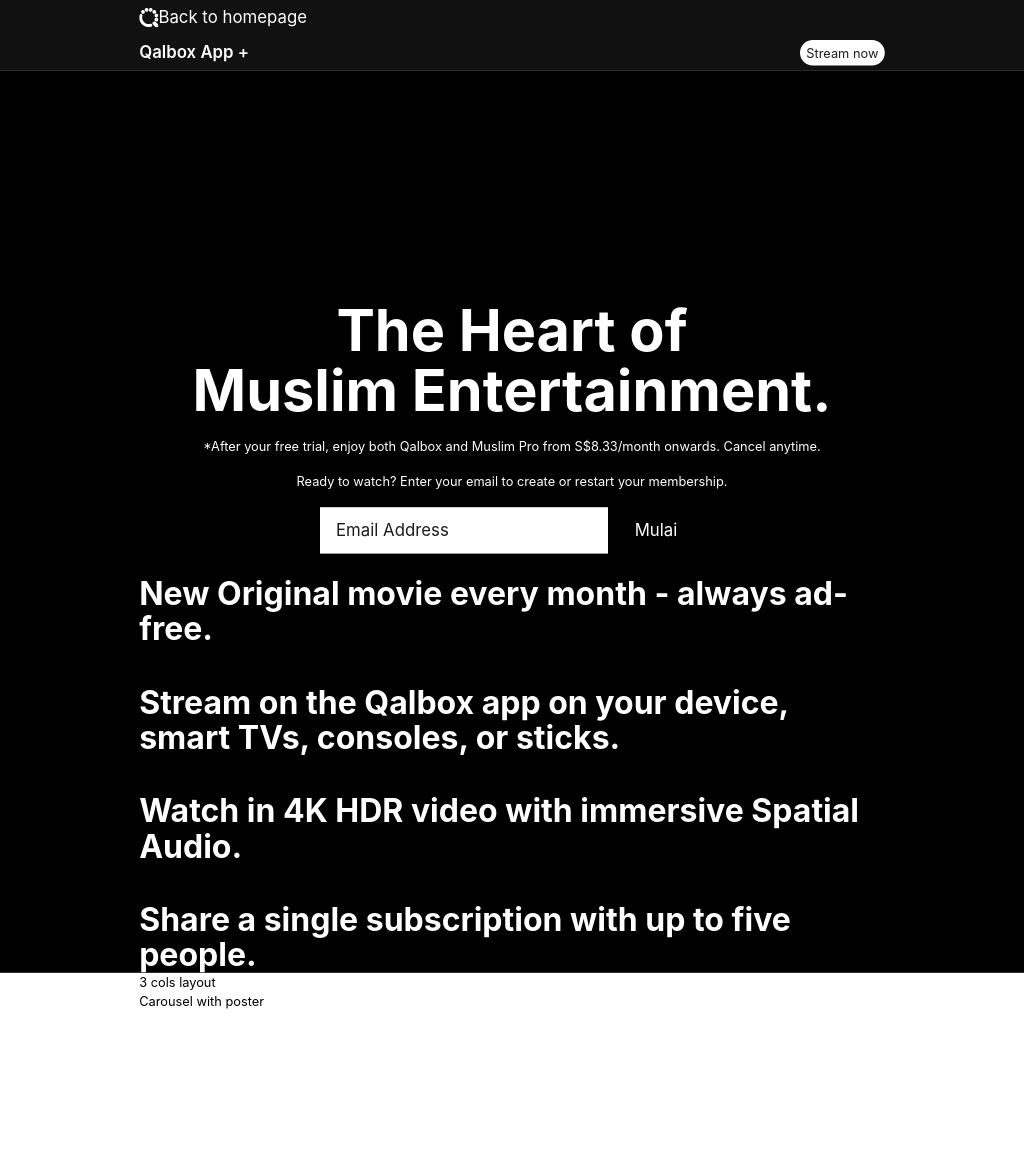
Repository: iqmalr/qalbox-rebuild
Page: /
The author's editor kept a copy of each file at every save. The page is drawn from the files as they stood at one save, then again after the next save.
The browser window is 1280 px wide. The pictures show the whole page, at 80% of full size.
Some web fonts or font styles are not loaded; a fallback is used. The project was rebuilt for these pictures with package versions that can differ from the ones it lists, and the page was loaded fresh each time. Also part of the build but not shown: vite.config.ts. Imported but missing from the stored project, and not drawn on this page: src/assets/Hero.mp4.

Above is the page before, as saved 2024-09-16 13:54:17.

### src/App.tsx
import { CustomContainer } from "./components/CustomContainer";
import { Headers } from "./components/Headers";
import { Hero } from "./components/sections/Hero";
import { USPS } from "./components/sections/USPS";

function App() {
  return (
    <>
      <Headers />
      <main>
        <div className="bg-background">
          <Hero />
          <USPS />
        </div>
        <div>
          <CustomContainer>3 cols layout</CustomContainer>
        </div>
        <div>
          <CustomContainer>Carousel with poster</CustomContainer>
        </div>
      </main>
    </>
  );
}

export default App;

### src/index.css
@tailwind base;
@tailwind components;
@tailwind utilities;
@font-face {
  font-family: "SF Pro Display";
  src: url("/assets/font/SFProDisplay-Regular.ttf") format("truetype");
  font-weight: 400;
  font-style: normal;
}

@font-face {
  font-family: "SF Pro Display";
  src: url("/assets/fonts/SFProDisplay-Bold.ttf") format("truetype");
  font-weight: 700;
  font-style: normal;
}

body {
  font-family: "SF Pro Display", sans-serif;
}
@layer {
  :root {
    --header-row-height: 44px;
    --header-height: calc(var(--header-row-height) * 2);
    --hero-height: calc(100svh - var(--header-height));
  }
}

### src/components/CustomContainer.tsx
import React from "react";
import { twMerge } from "tailwind-merge";
type Props = {
  children: React.ReactNode;
  className?: string;
};

export const CustomContainer = ({ children, className }: Props) => {
  return (
    <div className={twMerge("mx-auto max-w-[980px] px-6", className)}>
      {children}
    </div>
  );
};

### src/components/Headers.tsx
import QalboxSVGIcon from "../assets/QalboxSVG";
import { Button } from "./Button";
import { CustomContainer } from "./CustomContainer";

export const Headers = () => {
  return (
    <>
      <header className="top-0 z-20 bg-backgroundContrast text-white">
        <CustomContainer className="flex h-[--header-row-height] items-center">
          <a
            href="/"
            className="-ml-6 flex h-[--header-row-height] items-center px-6 text-21"
          >
            <QalboxSVGIcon />
            <span>Back to homepage</span>
          </a>
        </CustomContainer>
      </header>
      <div className="sticky top-0 z-20 bg-backgroundContrast text-white">
        <CustomContainer className="flex h-[--header-row-height] items-center justify-between">
          <p className="text-21 font-semibold">Qalbox App +</p>
          <Button size="small">Stream now</Button>
        </CustomContainer>
      </div>
    </>
  );
};

### src/components/sections/Hero.tsx
import { motion, useScroll, useTransform } from "framer-motion";
import { lazy, useEffect, useRef } from "react";
import videoSrc from "../../assets/Hero.mp4";
const CustomContainer = lazy(() =>
  import("../CustomContainer").then((module) => ({
    default: module.CustomContainer,
  })),
);
export const Hero = () => {
  const videoContainerRef = useRef<HTMLDivElement>(null);
  const videoRef = useRef<HTMLVideoElement>(null);

  const { scrollYProgress } = useScroll({
    target: videoContainerRef,
    offset: ["start start", "end end"],
  });
  const opacity = useTransform(scrollYProgress, [0, 0.7, 1], [1, 1, 0]);

  useEffect(() => {
    const videoContainer = videoContainerRef.current;
    const video = videoRef.current;
    if (!videoContainer || !video) return;

    const observer = new IntersectionObserver(
      (entries) => {
        entries.forEach((entry) => {
          if (entry.isIntersecting) {
            video.play().catch(() => {
              console.error("Autoplay was prevented");
            });
          } else {
            video.pause();
          }
        });
      },
      { threshold: 0.5 },
    );

    observer.observe(videoContainer);

    return () => {
      observer.unobserve(videoContainer);
    };
  }, []);
  return (
    <div className="relative bg-background text-white">
      <motion.div
        style={{ opacity }}
        ref={videoContainerRef}
        className="absolute -top-[--header-height] left-0 h-[200vh] w-full"
      >
        <video
          ref={videoRef}
          className="sticky top-0 h-screen w-full object-cover"
          src={videoSrc}
          muted
          playsInline
          loop
        />
      </motion.div>
      <CustomContainer className="relative z-10 h-[--hero-height] pb-7">
        <motion.div
          className="flex h-full flex-col items-center justify-end text-center"
          variants={{
            hidden: { opacity: 0 },
            visible: { opacity: 1 },
          }}
          whileInView="visible"
          exit="hidden"
          animate="hidden"
          viewport={{ amount: 0.98 }}
        >
          <h1 className="mb-5 text-40 font-bold md:text-72">
            The Heart of <br />
            Muslim Entertainment.
          </h1>
          <h1 className="mb-5">
            *After your free trial, enjoy both Qalbox and Muslim Pro from
            S$8.33/month onwards. Cancel anytime.
          </h1>
          <h1 className="mb-5">
            Ready to watch? Enter your email to create or restart your
            membership.
          </h1>
          <div className="flex h-[58px] w-[480px] flex-row text-21">
            <div className="flex basis-3/4 items-center bg-white text-textBlack">
              <p className="p-5">Email Address</p>
              <p></p>
            </div>
            <button className="basis-1/4 bg-primary">Mulai</button>
          </div>
        </motion.div>
      </CustomContainer>
    </div>
  );
};

### src/components/sections/USPS.tsx
import { CustomContainer } from "../CustomContainer";

export const USPS = () => {
  return (
    <CustomContainer className="space-y-12 font-bold text-white">
      <p className="text-40">
        New Original movie every month - always ad-free.
      </p>
      <p className="text-40">
        Stream on the Qalbox app on your device, smart TVs, consoles, or sticks.
      </p>
      <p className="text-40">
        Watch in 4K HDR video with immersive Spatial Audio.
      </p>
      <p className="text-40">
        Share a single subscription with up to five people.
      </p>
    </CustomContainer>
  );
};

### src/assets/icons/QalboxSVG.tsx
const QalboxSVGIcon = () => {
  return (
    <svg
      width="24"
      height="24"
      viewBox="0 0 24 24"
      fill="none"
      xmlns="http://www.w3.org/2000/svg"
    >
      <path
        id="Vector_2"
        d="M6.37981 3.25561C7.28357 4.15908 7.28357 5.61977 6.37981 6.52325C5.47606 7.42673 4.01493 7.42673 3.11117 6.52325C2.20742 5.61977 2.20742 4.15908 3.11117 3.25561C4.01493 2.35213 5.47606 2.35611 6.37981 3.25561ZM19.2673 13.962C18.9368 15.1958 19.6694 16.4615 20.8996 16.7918C22.1338 17.1222 23.3998 16.3899 23.7303 15.16C24.0607 13.9262 23.3282 12.6605 22.098 12.3302C20.8638 11.9998 19.5977 12.7322 19.2673 13.962ZM19.2673 9.97796C19.5977 11.2118 20.8638 11.9401 22.098 11.6098C23.3322 11.2794 24.0607 10.0138 23.7303 8.77995C23.3998 7.54613 22.1338 6.81778 20.8996 7.14812C19.6654 7.47847 18.9368 8.74413 19.2673 9.97796ZM17.2726 6.52325C18.1764 7.42673 19.6375 7.42673 20.5413 6.52325C21.445 5.61977 21.445 4.15908 20.5413 3.25561C19.6375 2.35213 18.1764 2.35213 17.2726 3.25561C16.3689 4.15908 16.3689 5.62375 17.2726 6.52325ZM8.63322 0.067566C7.39902 0.397912 6.67045 1.66358 7.00089 2.8974C7.33134 4.13122 8.59739 4.85958 9.83159 4.52923C11.0658 4.19888 11.7944 2.93322 11.4639 1.6994C11.1335 0.469554 9.86742 -0.26278 8.63322 0.067566ZM13.8208 4.52923C15.055 4.85958 16.3211 4.12724 16.6515 2.8974C16.982 1.66358 16.2494 0.397912 15.0192 0.067566C13.789 -0.26278 12.519 0.469554 12.1885 1.6994C11.8541 2.93322 12.5866 4.19888 13.8208 4.52923ZM23.8099 21.3331C23.8099 20.6844 23.5949 20.4694 22.934 19.8087L20.5413 17.4167C19.6375 16.5132 18.1764 16.5132 17.2726 17.4167C16.3689 18.3202 16.3689 19.7809 17.2726 20.6844L19.6654 23.0764C20.3263 23.7371 20.5453 23.952 21.1902 23.952H23.0375C23.4635 23.952 23.8059 23.6057 23.8059 23.1838L23.8099 21.3331ZM6.41166 3.29939C7.31144 4.19888 7.31144 5.65559 6.41166 6.55509C5.51189 7.45459 4.05474 7.45459 3.15497 6.55509C2.25519 5.65559 2.25519 4.19888 3.15497 3.29939C4.05076 2.39989 5.51189 2.39989 6.41166 3.29939ZM19.2513 13.97C18.9209 15.1998 19.6495 16.4615 20.8797 16.7879C22.1099 17.1182 23.372 16.3899 23.6984 15.16C24.0289 13.9302 23.3003 12.6685 22.0701 12.3421C20.8438 12.0118 19.5818 12.7401 19.2513 13.97ZM19.2513 9.99786C19.5818 11.2277 20.8438 11.9561 22.0701 11.6257C23.3003 11.2954 24.0289 10.0337 23.6984 8.80781C23.368 7.58195 22.1059 6.84962 20.8797 7.17996C19.6534 7.50633 18.9249 8.76801 19.2513 9.99786ZM17.2647 6.55509C18.1644 7.45459 19.6216 7.45459 20.5214 6.55509C21.4211 5.65559 21.4211 4.19888 20.5214 3.29939C19.6216 2.39989 18.1644 2.39989 17.2647 3.29939C16.3649 4.19888 16.3649 5.65559 17.2647 6.55509ZM8.65711 0.123287C7.42689 0.453634 6.69832 1.71532 7.02876 2.94118C7.35921 4.16704 8.62128 4.89938 9.84752 4.56903C11.0777 4.23869 11.8063 2.977 11.4759 1.75114C11.1494 0.521295 9.88733 -0.207059 8.65711 0.123287ZM13.8248 4.56903C15.055 4.89938 16.3171 4.17102 16.6436 2.94118C16.9701 1.71134 16.2455 0.449654 15.0152 0.123287C13.785 -0.207059 12.5229 0.521295 12.1965 1.75114C11.87 2.98098 12.5946 4.24267 13.8248 4.56903ZM23.782 21.3132C23.782 20.6684 23.5671 20.4535 22.9062 19.7928L20.5214 17.4088C19.6216 16.5093 18.1644 16.5093 17.2647 17.4088C16.3649 18.3083 16.3649 19.765 17.2647 20.6645L19.6495 23.0485C20.3104 23.7092 20.5253 23.9241 21.1703 23.9241H23.0137C23.4357 23.9241 23.782 23.5819 23.782 23.156V21.3132ZM14.9038 23.3988C15.8871 23.1361 16.4684 22.1252 16.2056 21.1421C15.9429 20.159 14.9316 19.5779 13.9482 19.8406C12.5906 20.2028 11.1534 20.2107 9.79178 19.8605C8.39435 19.4983 7.10839 18.766 6.08122 17.7351C5.05404 16.7083 4.3175 15.4267 3.95919 14.0257C3.60883 12.6645 3.61281 11.2317 3.97511 9.87447C4.23788 8.8914 3.65263 7.88046 2.66925 7.62175C1.68587 7.35907 0.674621 7.94414 0.415837 8.92722C-0.109694 10.8934 -0.117657 12.9789 0.391949 14.9491C0.917479 16.9829 1.98447 18.8456 3.47745 20.3381C4.97043 21.8306 6.83766 22.8973 8.8721 23.4227C9.84354 23.6734 10.8389 23.7968 11.8342 23.7968C12.8693 23.8008 13.9005 23.6654 14.9038 23.3988Z"
        fill="currentColor"
      />
    </svg>
  );
};

export default QalboxSVGIcon;

### src/components/Button.tsx
import { twMerge } from "tailwind-merge";

type Props = {
  children: React.ReactNode;
  size?: "small" | "medium" | "large";
  className?: string;
};
export const Button = ({ children, size = "medium", className }: Props) => {
  const sizeClassNames: Record<"small" | "medium" | "large", string> = {
    // 12px
    small: "text-xs px-2 py-1",
    // 14px
    medium: "text-sm px-5 py-3",
    // 17px
    large: "text-lg px-8 py-5",
  };
  return (
    <button
      className={twMerge(
        "rounded-full bg-white text-textBlack",
        sizeClassNames[size],
        className,
      )}
    >
      {children}
    </button>
  );
};

### tailwind.config.ts
/** @type {import('tailwindcss').Config} */
export default {
  content: ["./index.html", "./src/**/*.{js,ts,jsx,tsx}"],
  theme: {
    colors: {
      background: "#000",
      backgroundContrast: "#111",
      textBlack: "#1d1d1f",
      white: "#fff",
    },
    fontFamily: {
      sans: ["SF Pro Display"],
    },
    fontSize: {
      "12": "0.75rem",
      "14": "0.875rem",
      "17": "1.0625rem",
      "19": ["1.1875rem", "1.21"],
      "21": "1.3125rem",
      "24": "1.5rem",
      "28": "1.75rem",
      "40": ["2.5rem", "1.1"],
      "72": ["4.5rem", "1.05"],
    },
    extend: {},
  },
  plugins: [],
};

Loaded but not shown: index.html (common file); src/main.tsx (common file)

After the next save:
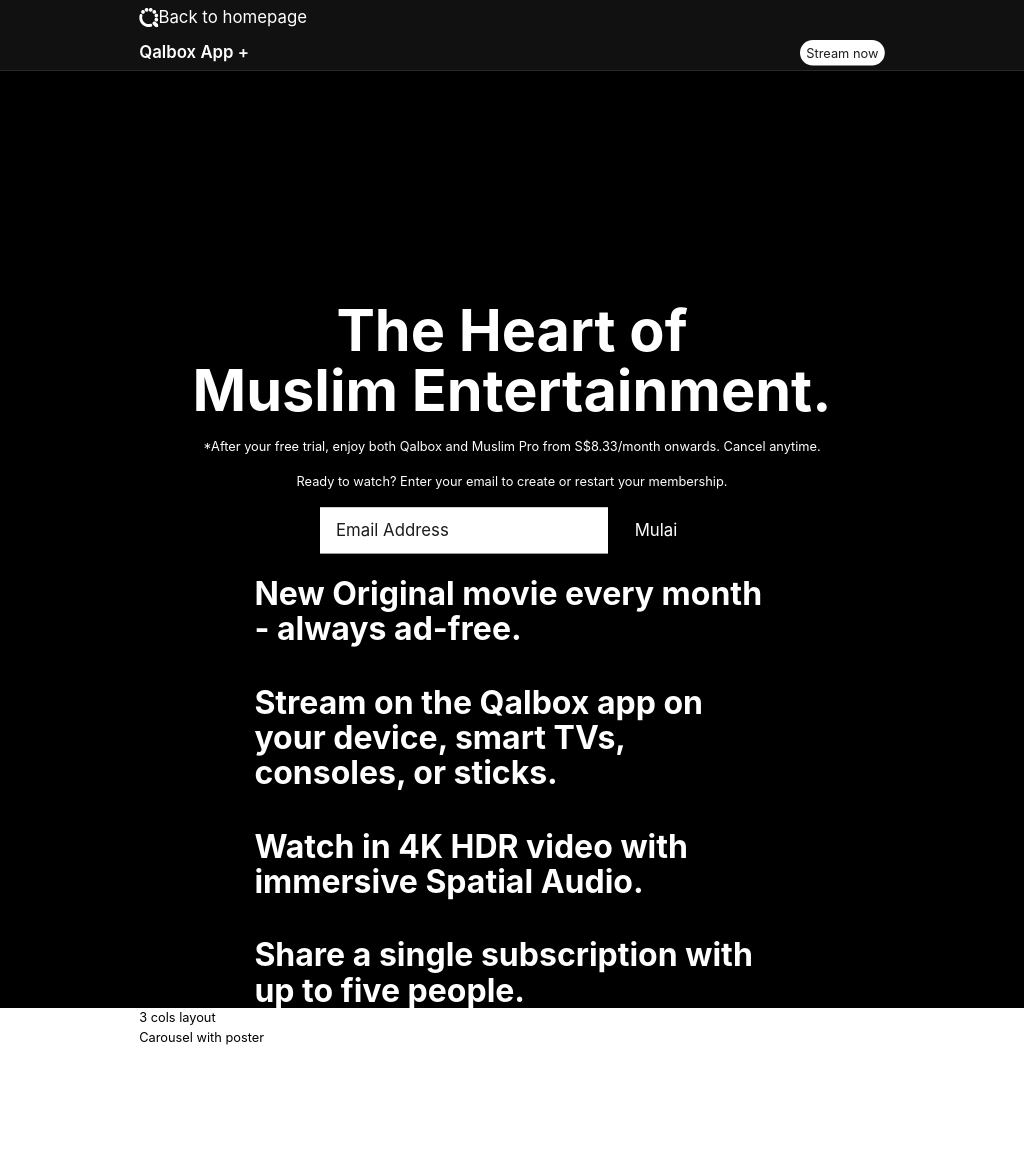
Saved 55 s later.
--- a/src/components/sections/USPS.tsx
+++ b/src/components/sections/USPS.tsx
@@ -2,7 +2,7 @@
 
 export const USPS = () => {
   return (
-    <CustomContainer className="space-y-12 font-bold text-white">
+    <CustomContainer className="max-w-[692px] space-y-12 font-bold text-white">
       <p className="text-40">
         New Original movie every month - always ad-free.
       </p>
